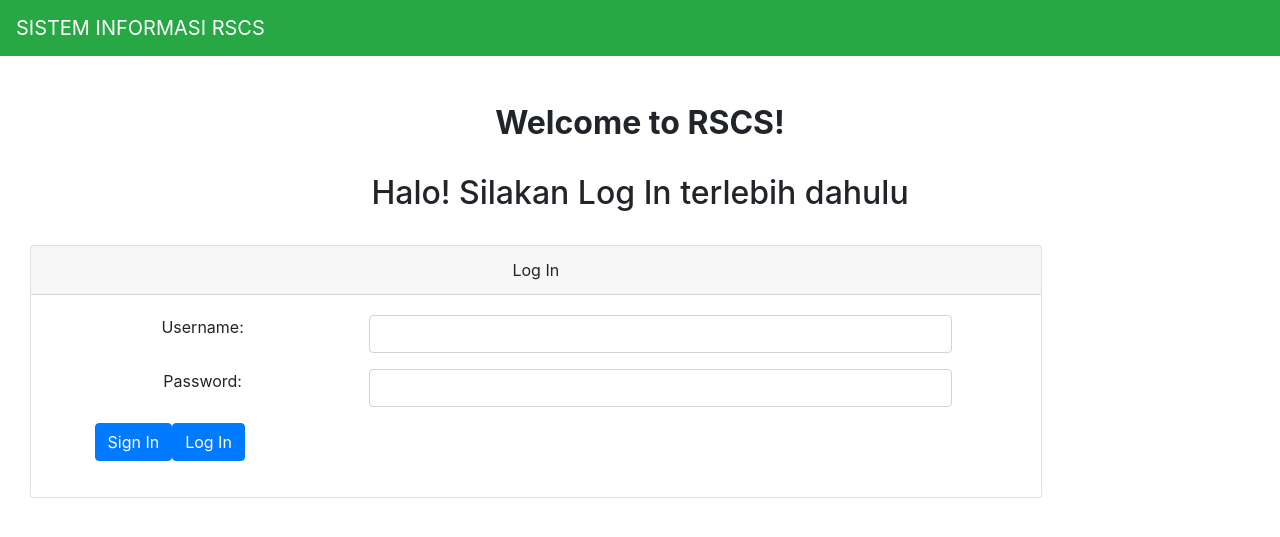
Repository: usamah1707/Tugas-Akhir-Kelompok-6
Page: http://localhost/login
These files come from the project's save history. The page is drawn as it stood at one moment and after the next save; the edit follows.
The browser window is 1280 px wide. The pictures show the whole page.
The page is this project's Thymeleaf template; nobody is signed in. The template is opened directly, without the code that normally fills it, so the values that code supplies are empty.

Above is the page before, as saved 2019-06-04 06:02:09.

### TA_6/src/main/resources/templates/login.html
<!DOCTYPE html>
<html xmlns:th="http://www.thymeleaf.org">

<head>
    <title>Home</title>

    <object th:include="fragments/fragment :: css" th:remove="tag"></object>
    <object th:include="fragments/fragment :: js" th:remove="tag"></object>
</head>

<nav th:replace="fragments/login-frag :: navbar"></nav>

<body>

    <div class="container-fluid" >

     <div class="row"  >
            <span class="col-md-3"></span>
            <div class="col-md-12">
                    <br>

      &nbsp  <h2 align = "center"><strong>Welcome to RSCS!</strong></h2>
        <br>
        <div class="row" align = "center">
            <div class="col-md-12">

    <div class="container-fluid">
        <h2 align = "center">Halo! Silakan Log In terlebih dahulu</h2>
        <br>
        <div class="row">
            <div class="col-md-10">

                <div class="card">
                    <div class="card-header">
                        Log In
                    </div>
                    <div class="card-body">
                        <div th:if="${param.error}">
                            <span style="color: red">Invalid username or password</span>
                        </div>
                        <form th:action="@{/login}" method="POST">
                            <div class="row form-group">
                                <label class="col-sm-4">Username:</label>
                                <input type="text" class="col-sm-7 form-control input-sm" name="username">
                            </div>
                            <div class="row form-group">
                                <label class="col-sm-4">Password:</label>
                                <input type="password" class="col-sm-7 form-control input-sm" name="password">
                            </div>
                            <div class="row form-group">

                            &nbsp &nbsp &nbsp &nbsp &nbsp &nbsp &nbsp<button type="submit" class="btn btn-primary">Sign In</button>

                                <button type="submit" class="btn btn-primary" style="text-align: left">Log In</button>
                            </div>
                        </form>
                    </div>
                </div>
            </div>
        </div>
    </div>
</body>

</html>

### TA_6/src/main/resources/templates/fragments/fragment.html
<!DOCTYPE html>
<html xmlns:th="http://www.thymeleaf.org">

<head>
    <title>Home</title>
	<head th:fragment="metas">
		<meta charset="utf-8">
    	<meta name="viewport" content="width=device-width, initial-scale=1, shrink-to-fit=no">
	</head>
    <head th:fragment="css">
    	<link rel="stylesheet" th:href="@{/css/style.css}">
        <link rel="stylesheet" th:href="@{/css/bootstrap.min.css}">

    </head>

    <head th:fragment="js">
    	<script
  src="https://code.jquery.com/jquery-3.3.1.js"
  integrity="sha256-2Kok7MbOyxpgUVvAk/HJ2jigOSYS2auK4Pfzbm7uH60="
  crossorigin="anonymous"></script>
        <script th:src="@{/js/bootstrap.min.js}"></script>
    </head>
</head>

<body>
    <nav th:fragment="navbar" class="navbar navbar-expand-lg navbar-dark bg-success">
        <a class="navbar-brand" th:href="@{/}">RSCS</a>
        <div class="collapse navbar-collapse" id="navbarSupportedContent">
            <ul class="navbar-nav mr-auto">
                <li class="nav-item active">
                    <a class="nav-link" th:href="@{/}">Home</a>
                </li>

                <li class="nav-item active">
                    <a class="nav-link" th:href="@{/lab/kebutuhan}">Reagen</a>
                </li>
                 <li class="nav-item active">
                    <a class="nav-link" th:href="@{/lab/pemeriksaan}">Lab</a>
                </li>
                <li class="nav-item active">
                    <a class="nav-link" th:href="@{/lab/jadwal-jaga/hihu}">Jadwal Jaga</a>
                </li>
                 <li class="nav-item active">
                    <a class="nav-link" th:href="@{/lab/stok}">Stock Lab</a>
                </li>
            </ul>
            <ul class="navbar-nav pull-right">
            	<li class="nav-item active">
            		<a class="nav-link" th:href="@{/logout}">Logout</a>
            	</li>
            </ul>
        </div>
    </nav>
</body>

</html>

### TA_6/src/main/resources/templates/fragments/login-frag.html
<!DOCTYPE html>
<html xmlns:th="http://www.thymeleaf.org">

<head>
    <title>Home</title>
    <head th:fragment="metas">
        <meta charset="utf-8">
        <meta name="viewport" content="width=device-width, initial-scale=1, shrink-to-fit=no">
    </head>
    <head th:fragment="css">
        <link rel="stylesheet" th:href="@{/css/style.css}">
        <link rel="stylesheet" th:href="@{/css/bootstrap.min.css}">

    </head>

    <head th:fragment="js">
        <script
                src="https://code.jquery.com/jquery-3.3.1.js"
                integrity="sha256-2Kok7MbOyxpgUVvAk/HJ2jigOSYS2auK4Pfzbm7uH60="
                crossorigin="anonymous"></script>
        <script th:src="@{/js/bootstrap.min.js}"></script>
    </head>
</head>

<body>
<nav th:fragment="navbar" class="navbar navbar-expand-lg navbar-dark bg-success">
    <a class="navbar-brand" style="text-align-all: center" th:href="@{/}">SISTEM INFORMASI RSCS</a>
</nav>
</body>

</html>

### TA_6/src/main/resources/static/css/style.css
body {
  background: #34495e;
  font: normal 300 18px "Roboto", sans-serif;
}

#menu-nav {
  max-width: 1000px;
  margin: 130px auto;
  background-color: #ecf0f1;
  border-radius: 4px;
  box-shadow: 0 2px 5px rgba(0, 0, 0, 0.3);
}

#navigation-bar ul {
  border-radius: 4px;
  overflow: hidden;
}
#navigation-bar li {
  float: left;
  width: 20%;
}
#navigation-bar li:hover a::before {
  right: 0;
  left: 0;
}
#navigation-bar a {
  color: #848484;
  font-size: 20px;
  text-decoration: none;
  text-align: center;
  padding: 20px 0;
  display: block;
  position: relative;
  transition: all 0.3s ease;
}
#navigation-bar a:hover {
  color: #e74c3c;
}
#navigation-bar a::before {
  content: "";
  transition: all 0.4s ease-in-out;
  position: absolute;
  right: 50%;
  left: 50%;
  bottom: 0;
  height: 2px;
  background-color: #e74c3c;
}
#navigation-bar a:hover::before {
  right: 0;
  left: 0;
}

li {
	list-style: none;
}

Loaded but not shown: TA_6/src/main/resources/static/css/bootstrap.min.css (library); TA_6/src/main/resources/static/js/bootstrap.min.js (library)

After the next save:
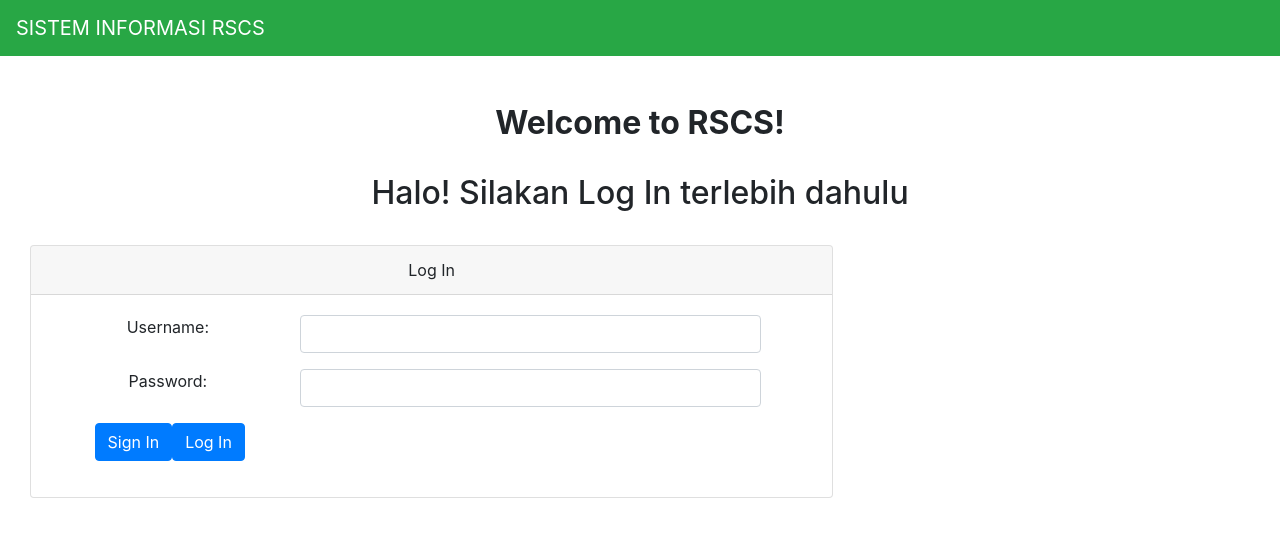
Saved 7 s later.
--- a/TA_6/src/main/resources/templates/login.html
+++ b/TA_6/src/main/resources/templates/login.html
@@ -28,7 +28,7 @@
         <h2 align = "center">Halo! Silakan Log In terlebih dahulu</h2>
         <br>
         <div class="row">
-            <div class="col-md-10">
+            <div class="col-md-8">
 
                 <div class="card">
                     <div class="card-header">
